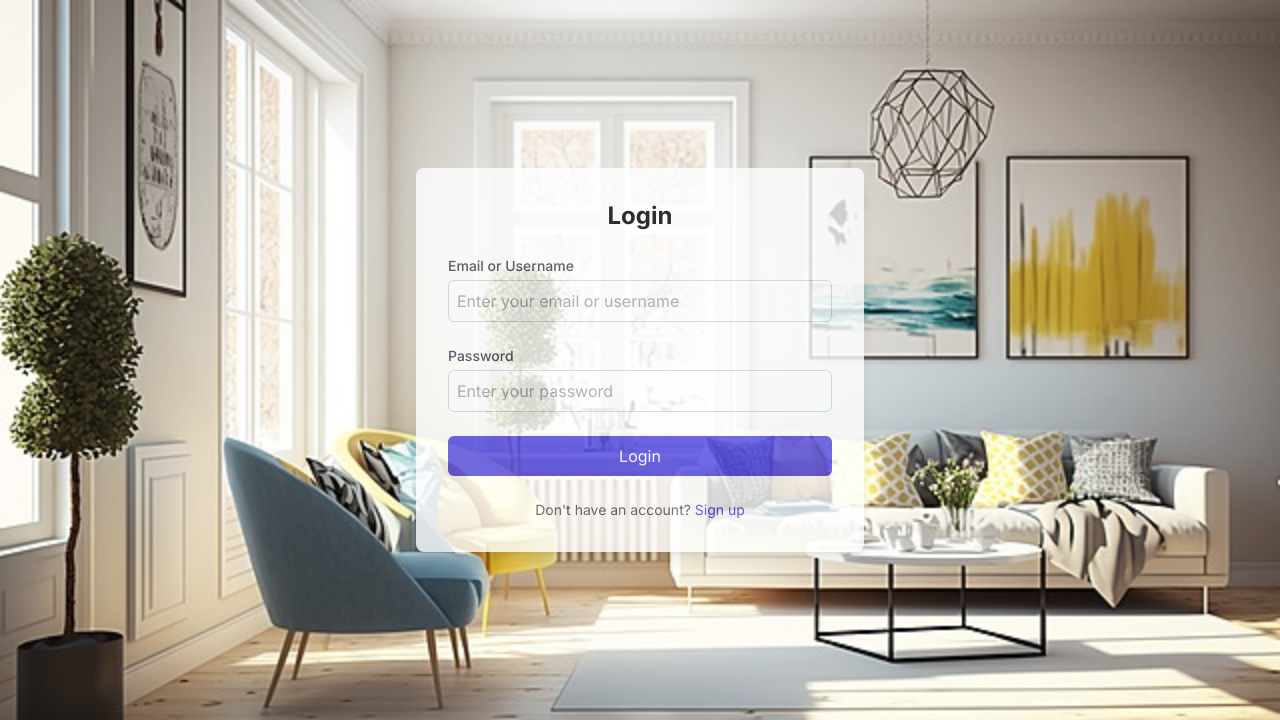
Repository: NassimeElkamari/Horizon-Housing
Page: /login
An editor plug-in stored every save of this project. The page is shown before and after the next save, followed by the edit.
The browser window is 1280 px wide. The pictures show the whole page.
The project was rebuilt for these pictures with package versions that can differ from the ones it lists, and the page was loaded fresh each time. The framework's server and built-in components were replaced by stand-ins that run in the browser. Also part of the build but not shown: next.config.mjs.

Above is the page before, as saved 2024-08-28 21:44:25.

After the next save:
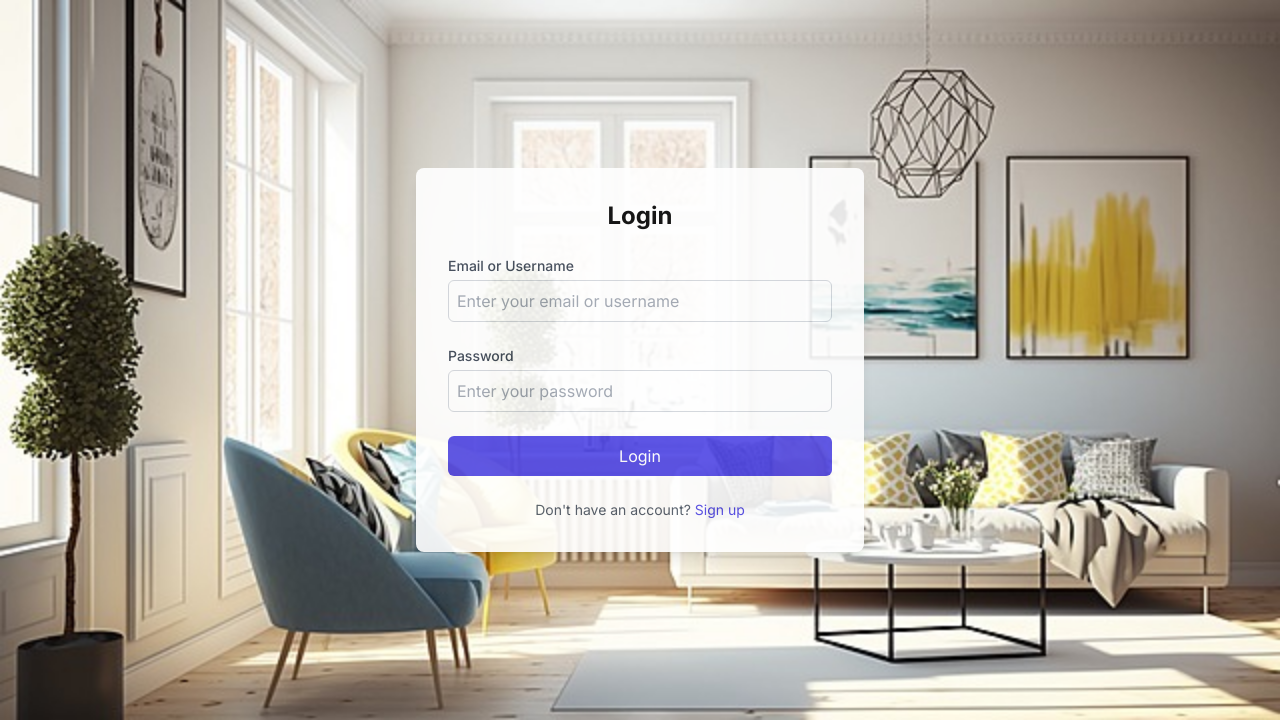
Saved 6 s later.
--- a/src/app/login/page.tsx
+++ b/src/app/login/page.tsx
@@ -33,7 +33,7 @@ const LoginPage = () => {
 
   return (
     <div className="min-h-screen bg-gray-100 flex items-center justify-center bg-cover"  style={{ backgroundImage: "url('/bg2.jpg')" }}>
-      <div className="bg-white p-8 rounded-lg shadow-lg w-full max-w-md opacity-80">
+      <div className="bg-white p-8 rounded-lg shadow-lg w-full max-w-md opacity-90">
         <h2 className="text-2xl font-bold mb-6 text-center">Login</h2>
         {error && <p className="text-red-500 text-center mb-4">{error}</p>}
         <form onSubmit={handleSubmit} className="space-y-6">
